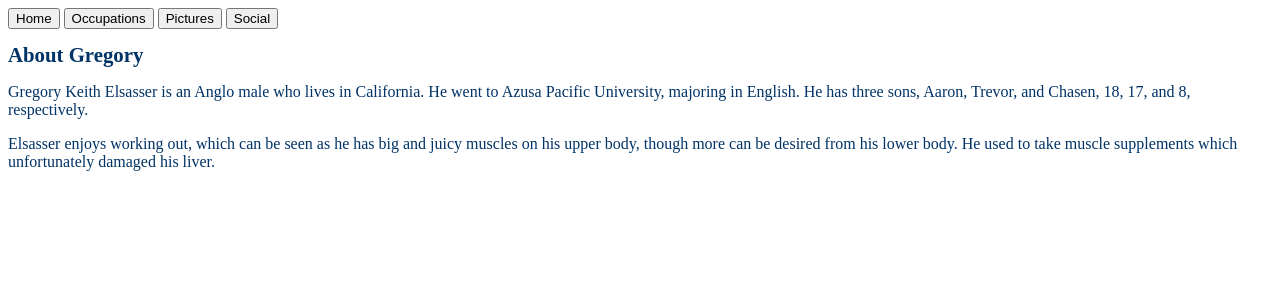
Repository: mtcheng7104/mtcheng7104.github.io
Page: website/index.html
The author's editor kept a record of every edit. The page is drawn from the files as they stood at one moment, then again after the next edit.
The browser window is 1280 px wide. The pictures show the whole page.

Above is the page before.

### website/index.html
<!DOCTYPE html>
   <html>
     <head>
         <link href="website.css" rel="stylesheet" type="text/css">
         <link rel="stylesheet" href="https://cdnjs.cloudflare.com/ajax/libs/font-awesome/4.7.0/css/font-awesome.min.css">
<meta name="viewport" content="width=device-width, initial-scale=1">
       <title>Gregory Keith Elsasser Fanpage</title>
<style>


  </style>
     </head>
     <body>
        <div class="topnav">
        <button class="tablink" onclick="openPage('About', this)"id="defaultOpen">Home</button>
        <button class="tablink" onclick="openPage('Occupations', this)">Occupations</button>
        <button class="tablink" onclick="openPage('Pictures', this)">Pictures</button>
        <button class="tablink" onclick="openPage('Social', this)">Social</button>
        </div>
        <div id = "About" class="tabcontent">
            <h1>
                About Gregory
            </h1>
            <p>
                Gregory Keith Elsasser is an Anglo male who lives in California. He went to Azusa
                Pacific University, majoring in English. He has three sons, Aaron, Trevor, and Chasen, 18, 17, and
                8, respectively.
            </p>
            <p>
                Elsasser enjoys working out, which can be seen as he has big and juicy muscles on his upper body,
                though more can be desired from his lower body. He used to take muscle supplements which unfortunately damaged
                his liver.
            </p>
        </div >
        <div id = "Occupations" class="tabcontent">
            <h1>
                Occupations
            </h1>
            <p>
                Elsasser is an Englsh teacher at Warren High School.
                Classes he teach are Honors English 9, Honors English 10, and English 11. He has taught in the Los Angeles County for 28 years.
                At Warren, he chaperones the EF Education First Europe Tours.
            </p>
            <p>
                Elsasser has had other different occupations. He was once a private detective, but resigned after being held at gunpoint. As of currently, he is a published playwright,
                author, and teacher, of course. He also wrote and create the award-winning television show, "The Adventures of Roman and Jorge". He also has had a history in acting,
                and appeared in "Audacity", a Living Waters film. He has also appeared in several episodes of "The Way of the Master" TV show.
            </p>
        </div>
       <div id = "Pictures" class="tabcontent">
            <h1>
                Pictures
            </h1>
          <img src="greg.jpg" alt ="Gregory Keith Elsasser" class="center"/>
          <img src="gregandwife.jpg" alt ="Gregory Keith Elsasser" class="center"/>
          <img src="gregoryandhisboys.jpg" alt ="Gregory Keith Elsasser" class="center"/>
          <img src="juicy.jpg" alt ="Gregory Keith Elsasser" class="center"/>
          <img src="smuggreg.jpg" alt ="Gregory Keith Elsasser" class="center"/>
 </div>
 <div id="Social" class="tabcontent">
  <h1>Social</h1>
  <p>Links to Gregory's social media</p>
    <button onclick="facebook()">Facebook</button>
    <button onclick="twitter()">Twitter</button>
    <button onclick="youtube()">YouTube</button>
    <button onclick="instagram()">Instagram</button>
</div>
    <script>
function openPage(pageName,elmnt,color) {
  var i, tabcontent, tablinks;
  tabcontent = document.getElementsByClassName("tabcontent");
  for (i = 0; i < tabcontent.length; i++) {
    tabcontent[i].style.display = "none";
  }
  tablinks = document.getElementsByClassName("tablink");
  for (i = 0; i < tablinks.length; i++) {
    tablinks[i].style.backgroundColor = "";
  }
  document.getElementById(pageName).style.display = "block";
  elmnt.style.backgroundColor = color;
}
document.getElementById("defaultOpen").click();
</script>
<script>
function facebook() {
  location.replace("https://www.facebook.com/greg.elsasser")
}
</script>
<script>
function twitter() {
  location.replace("https://www.facebook.com/greg.elsasser")
}
</script>
<script>
function youtube() {
  location.replace("https://www.facebook.com/greg.elsasser")
}
</script>
<script>
function instagram() {
  location.replace("https://www.facebook.com/greg.elsasser")
}
</script>
    </body>
  </html>

### website/website.css
body{
       font-family: "Marker Felt", "Comic Sans MS", fantasy;
 	 color: #003366;
    }

    h1  {
 	   font-size: 1.3em;
 	   text-align: left;

    }


   tr   {
	  border: 1px solid #ffffff;
	  text-align: center;
	  background-color:#9FB6CD;
  }

  th   {
	 text-align: center;
	 color: #ffffff;
	 background-color: #003366;
  }
  <link href="website.css" rel="stylesheet" type="text/css">

After the next edit:
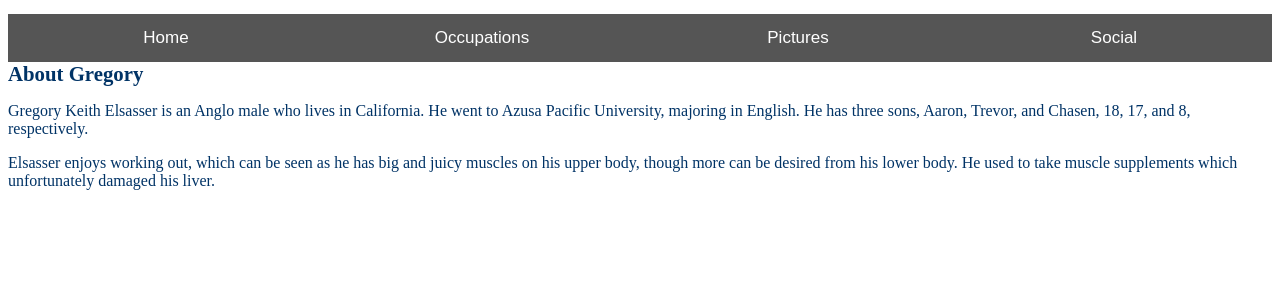
The edit:
--- a/website/website.css
+++ b/website/website.css
@@ -9,7 +9,17 @@
 
     }
 
-
+.tablink {
+  background-color: #555;
+  color: white;
+  float: left;
+  border: none;
+  outline: none;
+  cursor: pointer;
+  padding: 14px 16px;
+  font-size: 17px;
+  width: 25%;
+}
    tr   {
 	  border: 1px solid #ffffff;
 	  text-align: center;
